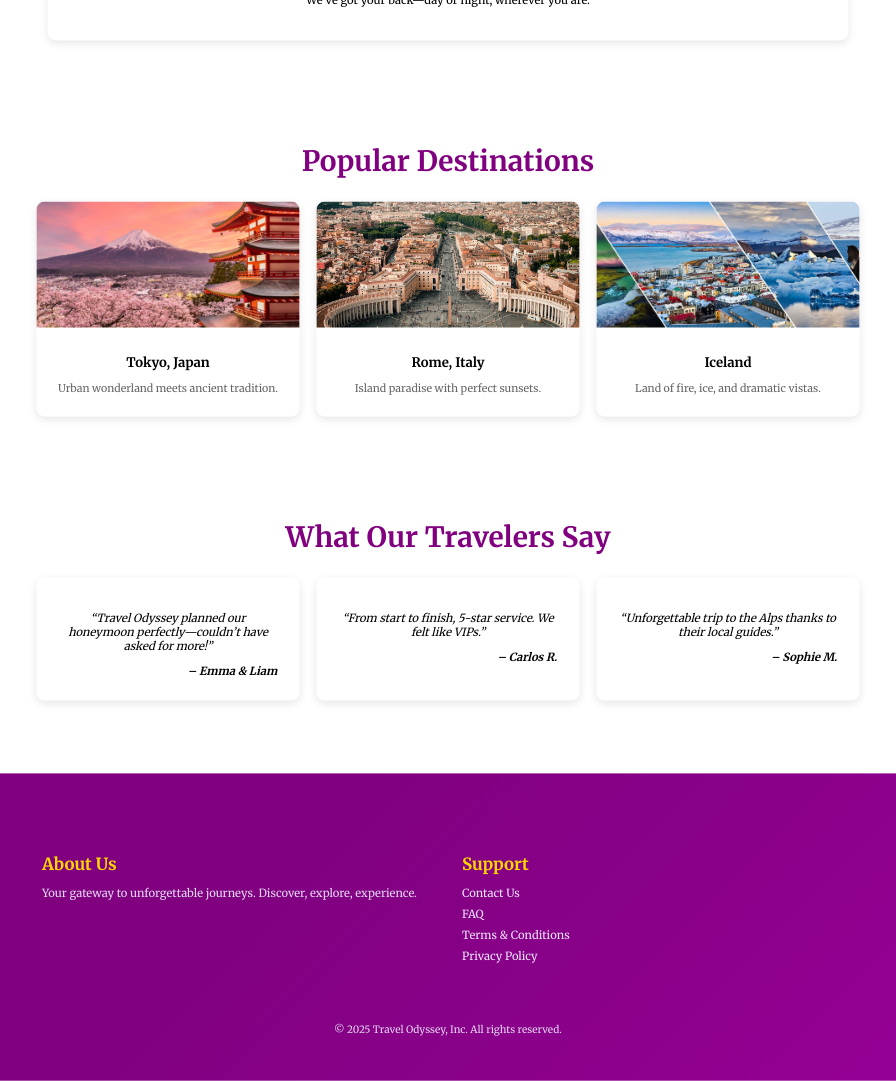
Repository: GHzPhoenix/Project-Odyssey
Page: Frontend/index.html
The author's editor kept a copy of each file at every save. The page is drawn from the files as they stood at one save, then again after the next save.
The browser window is 1280 px wide. The pictures show the part of the page from y = 1397 to 3317 px (the page is 2941 px tall before and 3317 px after), at 70% of full size.

Above is the page before, as saved 2025-06-09 01:56:12.
Console error: TypeError: Cannot read properties of null (reading 'addEventListener')

### Frontend/index.html
<!DOCTYPE html>
<html lang="en">
  <head>
    <meta charset="UTF-8" />
    <meta name="viewport" content="width=device-width, initial-scale=1.0" />
    <title>Travel Odyssey</title>
    <link rel="stylesheet" href="/Frontend/css/style.css" />
    <link rel="preconnect" href="https://fonts.googleapis.com" />
    <link rel="preconnect" href="https://fonts.gstatic.com" crossorigin />
    <link
      href="https://fonts.googleapis.com/css2?family=Merriweather:wght@300;400;700;900&display=swap"
      rel="stylesheet"
    />
  </head>
  <body>
    <header>
      <nav>
        <div class="logo">
          <img src="/Frontend/assets/your-logo.png" alt="Logo" />
          Travel Odyssey
        </div>
        <button
          class="menu-toggle"
          aria-label="Toggle navigation"
          onclick="toggleMenu()"
        >
          <div></div>
          <div></div>
          <div></div>
        </button>
        <ul class="nav-menu">
          <li><a href="index.html" class="active">Home</a></li>
          <li><a href="deals.html">Deals</a></li>
          <li class="dropdown-parent">
            <a href="#">Services ▼</a>
            <div class="dropdown">
              <a href="membership.html">Memberships</a>
              <a href="dream.html">Plan Your Trip</a>
              <a href="client-area.html">Client Area</a>
            </div>
          </li>
          <li><a href="contact.html">Contact</a></li>
          <li><a href="signup.html" class="signup-btn">Sign Up</a></li>
        </ul>
      </nav>
    </header>

    <main>
      <section class="hero">
        <div class="hero-content">
          <h1>Your Adventure Begins Here</h1>
          <p>
            Hand-crafted itineraries, exclusive insider access, and 24/7 support
            wherever you roam.
          </p>
          <div class="hero-buttons">
            <a href="deals.html" class="signup-btn">Browse Deals</a>
            <a href="dream.html" class="signup-btn">Plan Your Trip</a>
          </div>
        </div>
      </section>

      <section class="features">
        <h2>Why Choose Us</h2>
        <div class="feature-cards">
          <div class="feature-card">
            <img src="/Frontend/assets/travel.jpg" alt="Expert Guides" />
            <h3>Expert Guides</h3>
            <p>
              Local experts to unlock hidden gems and authentic experiences.
            </p>
          </div>
          <div class="feature-card">
            <img src="/Frontend/assets/travel2.jpg" alt="Custom Itineraries" />
            <h3>Custom Itineraries</h3>
            <p>Trips tailored exactly to your interests, pace, and budget.</p>
          </div>
          <div class="feature-card">
            <img src="/Frontend/assets/avatar.jpg" alt="24/7 Support" />
            <h3>24/7 Support</h3>
            <p>We’ve got your back—day or night, wherever you are.</p>
          </div>
        </div>
      </section>

      <section class="popular">
        <h2>Popular Destinations</h2>
        <div class="popular-cards">
          <div class="popular-card">
            <img src="/Frontend/assets/tokyo.jpg" alt="Tokyo" />
            <div class="card-info">
              <h3>Tokyo, Japan</h3>
              <p>Urban wonderland meets ancient tradition.</p>
            </div>
          </div>
          <div class="popular-card">
            <img src="/Frontend/assets/rome.jpg" alt="Bali" />
            <div class="card-info">
              <h3>Rome, Italy</h3>
              <p>Island paradise with perfect sunsets.</p>
            </div>
          </div>
          <div class="popular-card">
            <img src="/Frontend/assets/iceland.jpg" alt="Iceland" />
            <div class="card-info">
              <h3>Iceland</h3>
              <p>Land of fire, ice, and dramatic vistas.</p>
            </div>
          </div>
        </div>
      </section>

      <section class="testimonials">
        <h2>What Our Travelers Say</h2>
        <div class="testimonial-cards">
          <div class="testimonial-card">
            <p>
              “Travel Odyssey planned our honeymoon perfectly—couldn’t have
              asked for more!”
            </p>
            <span>– Emma & Liam</span>
          </div>
          <div class="testimonial-card">
            <p>“From start to finish, 5-star service. We felt like VIPs.”</p>
            <span>– Carlos R.</span>
          </div>
          <div class="testimonial-card">
            <p>
              “Unforgettable trip to the Alps thanks to their local guides.”
            </p>
            <span>– Sophie M.</span>
          </div>
        </div>
      </section>
    </main>

    <footer class="footer">
      <div class="footer-container">
        <div class="footer-section">
          <h3>About Us</h3>
          <p>
            Your gateway to unforgettable journeys. Discover, explore,
            experience.
          </p>
        </div>
        <div class="footer-section">
          <h3>Support</h3>
          <ul>
            <li><a href="contact.html">Contact Us</a></li>
            <li><a href="faq.html">FAQ</a></li>
            <li><a href="terms.html">Terms & Conditions</a></li>
            <li><a href="privacy.html">Privacy Policy</a></li>
          </ul>
        </div>
      </div>
      <div class="footer-bottom">
        <p>© 2025 Travel Odyssey, Inc. All rights reserved.</p>
      </div>
    </footer>

    <script>
      function toggleMenu() {
        document.querySelector(".nav-menu").classList.toggle("active");
      }
      document
        .getElementById("newsletter-form")
        .addEventListener("submit", (e) => {
          e.preventDefault();
          alert("Thanks for subscribing!");
          e.target.reset();
        });
    </script>
  </body>
</html>

Loaded but not shown: Frontend/css/style.css (1258 lines, source omitted)

After the next save:
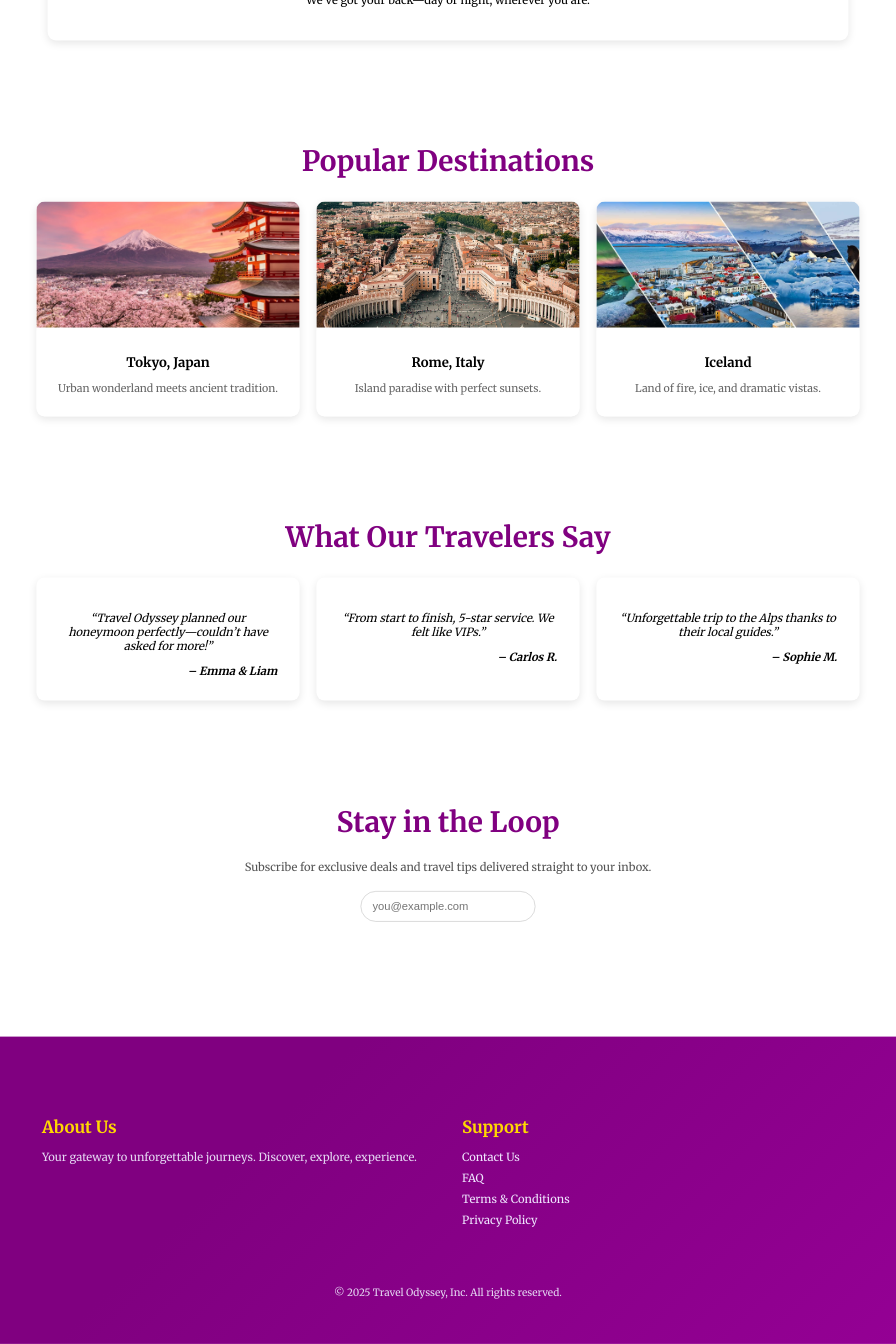
The error is gone.
Saved 55 s later.
--- a/Frontend/index.html
+++ b/Frontend/index.html
@@ -132,6 +132,18 @@
           </div>
         </div>
       </section>
+
+      <section class="newsletter">
+        <h2>Stay in the Loop</h2>
+        <p>
+          Subscribe for exclusive deals and travel tips delivered straight to
+          your inbox.
+        </p>
+        <form id="newsletter-form">
+          <input type="email" placeholder="you@example.com" required />
+          <button type="submit">Subscribe</button>
+        </form>
+      </section>
     </main>
 
     <footer class="footer">
